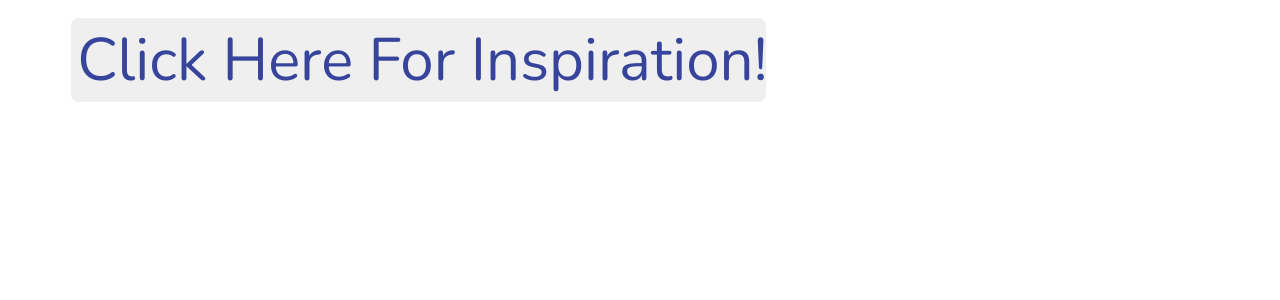
Repository: Hogwartsalumni/Inspire
Page: main.html
The author's editor kept a record of every edit. The page is drawn from the files as they stood at one moment, then again after the next edit.
The browser window is 1280 px wide. The pictures show the whole page.

Above is the page before.

After the next edit:
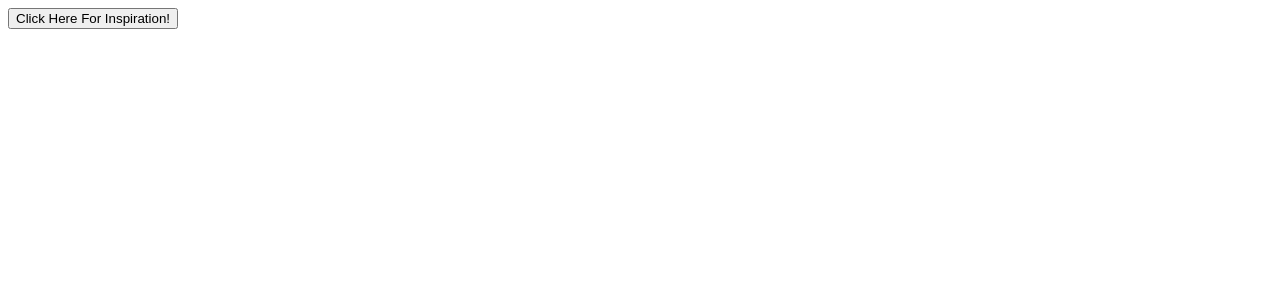
The edit:
--- a/main.css
+++ b/main.css
@@ -1,4 +1,4 @@
-input {
+button {
     color: #36449C;
     text-align: center;
     font-family: Nunito;
